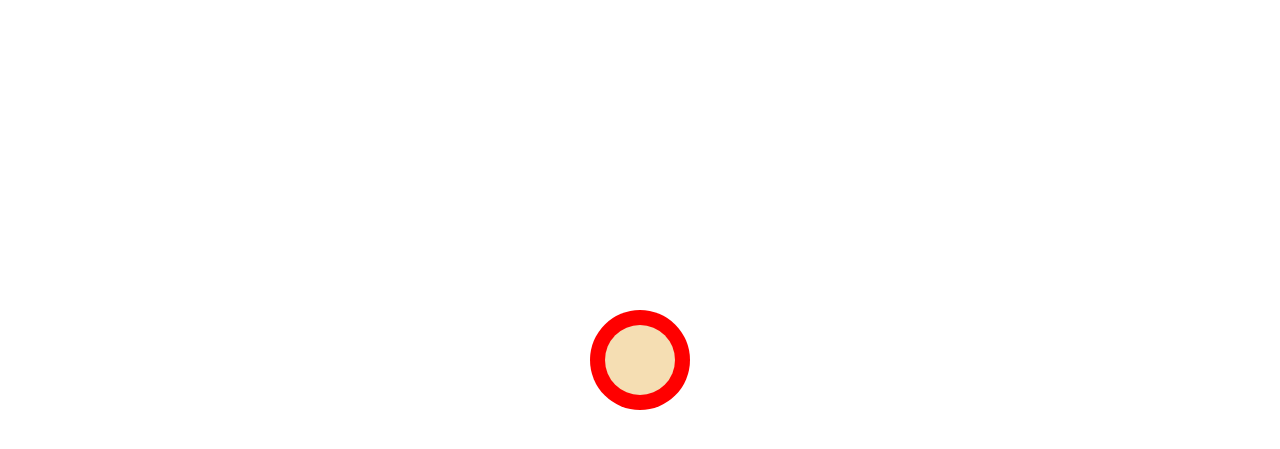
Repository: MMXiaohang/frontend-interview-coding
Page: 20.圆环.html
These files come from the project's save history. The page is drawn as it stood at one moment and after the next save; the edit follows.
The browser window is 1280 px wide. The pictures show the whole page.

Above is the page before, as saved 2022-04-04 20:14:22.

After the next save:
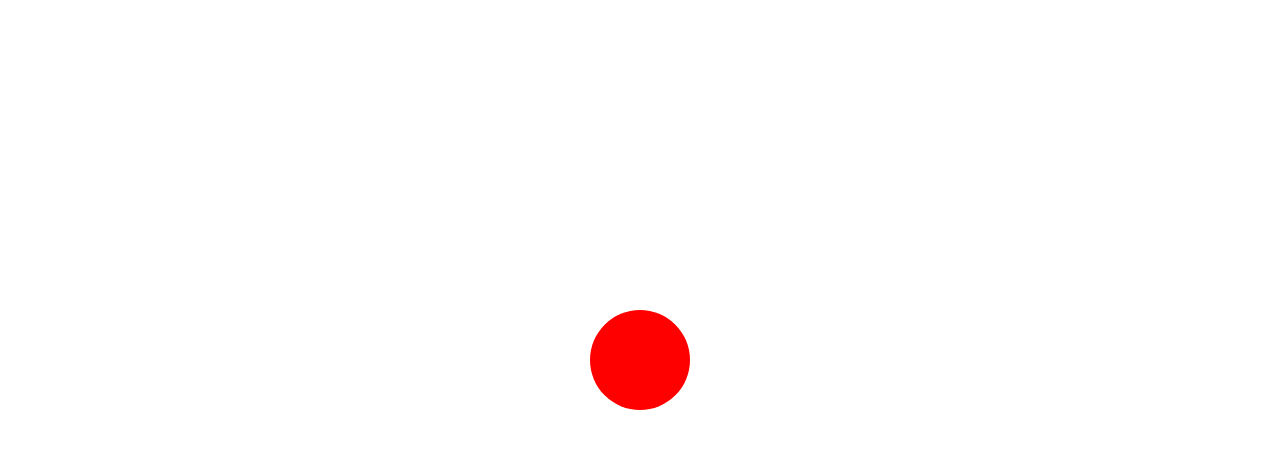
Saved 11 s later.
--- a/20.圆环.html
+++ b/20.圆环.html
@@ -22,11 +22,10 @@
 
         div::before{
             content: '';
-
             width: 70px;
             height: 70px;
             border-radius: 50%;
-            background-color: wheat;
+            background-color: transparent;
         }
     </style>
 </head>
